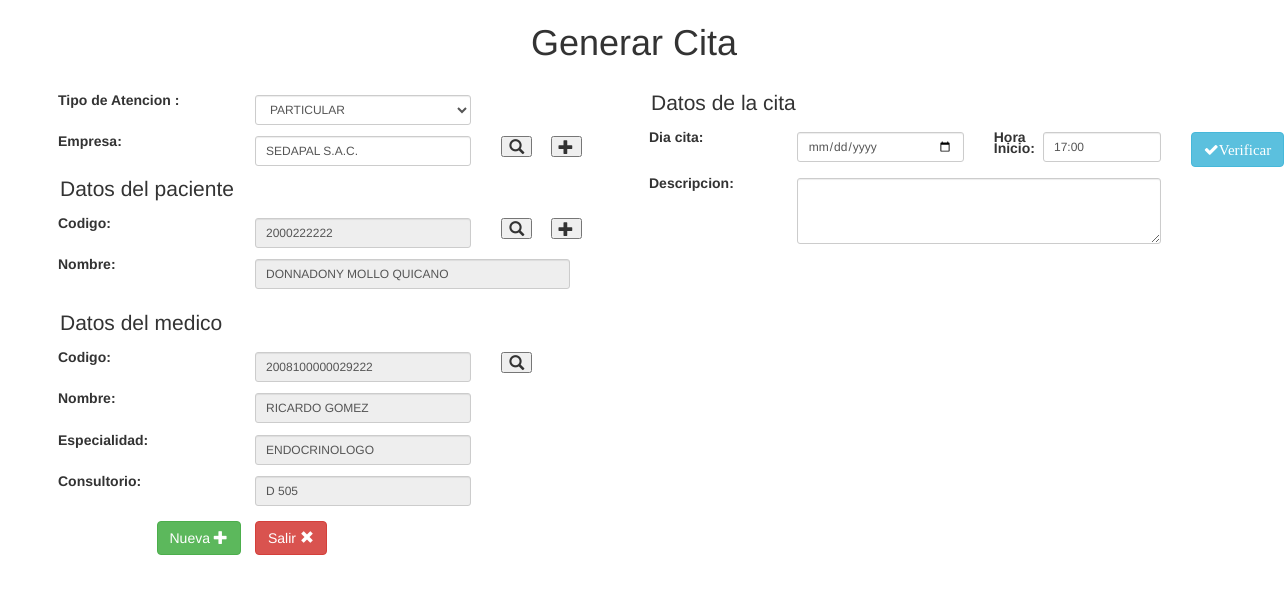
Repository: Donyx10/ADSII-ProyectoClinica
Page: http://localhost/AvanceWeb/GeneraCitaMedica.jsp
These files come from the project's save history. The page is drawn as it stood at one moment and after the next save; the edit follows.
The browser window is 1280 px wide. The page is 1284 px wide, so the pictures cover 1284 px, including what lies to the right of the window. The pictures show the whole page.
Some web fonts or font styles are not loaded; a fallback is used. The page is served by Tomcat 9. Other server files are loaded and not shown.

Above is the page before, as saved 2018-06-04 05:44:42.

### WebDemo/AvanceWeb/WebContent/GeneraCitaMedica.jsp
<!DOCTYPE html>
<html lang="esS">
<head>
<meta charset="UTF-8">
<meta name="viewport"
	content="width=device-width, initial-scale=1, maximum-scale=1, user-scalable=no">
<script type="text/javascript" src="js/jquery.min.js"></script>
<script type="text/javascript" src="js/jquery.dataTables.min.js"></script>
<script type="text/javascript" src="js/dataTables.bootstrap.min.js"></script>
<script type="text/javascript" src="js/bootstrap.min.js"></script>
<script type="text/javascript" src="js/bootstrapValidator.js"></script>
<link rel="stylesheet" href="css/bootstrap.css" />
<link rel="stylesheet" href="css/dataTables.bootstrap.min.css" />
<link rel="stylesheet" href="css/style.css" />
<link rel="stylesheet" href="css/bootstrapValidator.css" />
<link rel="stylesheet"
	href="https://cdnjs.cloudflare.com/ajax/libs/font-awesome/4.7.0/css/font-awesome.min.css">
<title>Generar Cita</title>

</head>
<body>

	<div class="container" style="padding-top: 3px; line-height: 0.8; padding-left: 3px;">
		<h1 align="center">Generar Cita</h1>
		<br>
		<br>
		<form action="generarCita" id="id_form">
			<div class="form-group row">
				<div class="col-md-6" >

					<div class="form-group row" align="left" id="atencion">
						<div class="col-md-12" >
							<div class="row">
								<div class="col-md-4">
									<label for="atencion">Tipo de Atencion : </label>
								</div>
								<div class="col-md-5">
									<select class="form-control input-sm" style="">
										<option>PARTICULAR
										<option>EPS
										<option>SEGURO
									</select>
								</div>
							</div>
							<br>
							<div class="row">
									<div class="col-md-4">
										<label class="" for="id_codigo">Empresa:</label>
									</div>
									<div class="col-md-5">
										<input class="form-control input-sm" type="text"
											value="SEDAPAL S.A.C." id="" name=""
											placeholder="Ingrese el codigo">
									</div>
									<div class="col-md-1" align="right">
										<button style="font-size: 15px">
											<i class="glyphicon glyphicon-search"></i>
										</button>
									</div>
									<div class="col-sm-1">
										<button style="font-size: 15px">
											<i class="glyphicon glyphicon-plus"></i>
										</button>
									</div>
								</div>

						</div>
					</div>

					<div class="form-group row" align="left" id="paciente">
						<div class="col-md-12" >
							<fieldset>
								<legend>Datos del paciente</legend>
								<div class="row">
									<div class="col-md-4">
										<label class="" for="id_codigo">Codigo:</label>
									</div>
									<div class="col-md-5">
										<input class="form-control input-sm" type="text" readonly="readonly"
											value="2000222222" id="" name=""
											placeholder="Ingrese el codigo">
									</div>
									<div class="col-md-1" align="right">
										<button style="font-size: 15px">
											<i class="glyphicon glyphicon-search"></i>
										</button>
									</div>
									<div class="col-sm-1">
										<button style="font-size: 15px">
											<i class="glyphicon glyphicon-plus"></i>
										</button>
									</div>
								</div>
								<br>
								<div class="row">
									<div class="col-md-4">
										<label class="" for="">Nombre:</label>
									</div>
									<div class="col-md-7">
										<input class="form-control input-sm" type="text" readonly="readonly"
											value="DONNADONY MOLLO QUICANO" id="" name=""
											placeholder="Ingrese el nombre" size="30">
									</div>
								</div>

							</fieldset>
						</div>

					</div>

					<br>
					<div class="form-group row" id="cita" >
						<div class="col-md-12">
						<fieldset>
								<legend>Datos del medico</legend>

								<div class="row">
									<div class="col-md-4">
										<label class="" for="id_codigo">Codigo:</label>
									</div>
									<div class="col-md-5">
										<input class="form-control input-sm" type="text" readonly="readonly"
											id="id_codigo" value="2008100000029222"
											name="computadora.nombre" placeholder="Ingrese el codigo">

									</div>
									<div class="col-md-1">
										<button style="font-size: 15px">
											<i class="glyphicon glyphicon-search"></i>
										</button>
									</div>
								</div>
								<br>
								<div class="row">
									<div class="col-md-4">
										<label class="" for="">Nombre:</label>
									</div>
									<div class="col-md-5">
										<input class="form-control input-sm" type="text" id="" readonly="readonly"
											value="RICARDO GOMEZ" name="" placeholder="Ingrese el nombre">
									</div>
								</div>
								<br>
								<div class="row">
									<div class="col-md-4">
										<label class="" for="">Especialidad:</label>
									</div>
									<div class="col-md-5">
										<input class="form-control input-sm" type="text" id="" name="" readonly="readonly"
											value="ENDOCRINOLOGO" placeholder="Ingrese la especialidad">
									</div>
								</div>
								<br>
								<div class="row">
									<div class="col-md-4">
										<label class="" for="">Consultorio:</label>
									</div>
									<div class="col-md-5">
										<input class="form-control input-sm" type="text" id="" name="" readonly="readonly"
											value="D 505" placeholder="Ingrese el consultorio">
									</div>
								</div>
							</fieldset>

						</div>
					</div>
					<div class="form-group row" id="botones">
						<div class="col-md-2" align="center"></div>
						<div class="col-md-2" align="center">
							<button type="submit" class="btn btn-success">
								Nueva <span class="glyphicon glyphicon-plus"></span>
							</button>
						</div>
						<div class="col-md-2" align="center">
							<button type="submit" class="btn btn-danger">
								Salir <span class="glyphicon glyphicon-remove"></span>
							</button>
						</div>
					</div>
				</div>
				<div class="col-md-6" >
					<div class="form-group row" id="medico"
						>
						<div class="col-md-12" >
							<fieldset>
								<legend>Datos de la cita </legend>
								<!--
								<div class="row">
									<div class="col-md-3">
										<label class="" for="">Especialidad:</label>
									</div>
									<div class="col-md-4">
										<select class="form-control input-sm">
											<option>TRAUMATOLOGIA
											<option>CIRUJIA
											<option>GINECOLOGIA
										</select>
									</div>
								</div>
								<br>
								 -->
								<!--
						<div class="row">
							<div class="col-md-3">
								<label class="" for="">Numero:</label>
							</div>
							<div class="col-md-3">
								<input class="form-control" type="text" id="" name="" value="001-000029"
									size="10" placeholder="Numero">
							</div>
						</div>
						<br>-->
								<div class="row">
									<div class="col-md-3">
										<label class="" for="id_codigo">Dia cita:</label>
									</div>
									<div class="col-md-4">
										<input class="form-control input-sm" type="date" id=""
											value="5/18/2018" name="" placeholder="Dia" size="10">

									</div>

									<div class="col-md-1">
										<label class="" for="id_codigo">Hora Inicio:</label>
									</div>
									<div class="col-md-3">
										<input class="form-control input-sm" type="text" id="" name=""
											value="17:00" placeholder="Hora" size="10">

									</div>
									<div class="col-md-1">
										<button style="font-size: 15px" class="btn btn-info">
											<i class="fa fa-check">Verificar</i>
										</button>

									</div>
								</div>
								<br>
								<div class="row">
									<div class="col-md-3">
										<label class="" for="">Descripcion:</label>
									</div>
									<div class="col-lg-8">
										<textarea class="form-control input-sm" rows="3" id="comment"></textarea>
									</div>
								</div>
							</fieldset>
						</div>
					</div>
				</div>
			</div>
		</form>
	</div>
</body>
</html>

### WebDemo/AvanceWeb/WebContent/css/style.css


.table-fixed {
	width: 100%;
	background-color: #f3f3f3;
}

.table-fixed tbody {
	height: 120px;
	overflow-y: auto;
	width: 100%;
}

.table-fixed thead, .table-fixed tbody, .table-fixed tr, .table-fixed td,
	.table-fixed th {
	display: block;
}

.table-fixed tbody td {
	float: left;
}

.table-fixed thead tr th {
	float: left;
	background-color: #f39c12;
	border-color: #e67e22;
}

legend {
    display: block;
    padding-left: 2px;
    padding-right: 2px;
    border: none;
}

Loaded but not shown: WebDemo/AvanceWeb/WebContent/js/jquery.min.js (library); WebDemo/AvanceWeb/WebContent/js/jquery.dataTables.min.js (library); WebDemo/AvanceWeb/WebContent/js/dataTables.bootstrap.min.js (common file); WebDemo/AvanceWeb/WebContent/js/bootstrap.min.js (library); WebDemo/AvanceWeb/WebContent/js/bootstrapValidator.js (library); WebDemo/AvanceWeb/WebContent/css/bootstrap.css (library); WebDemo/AvanceWeb/WebContent/css/dataTables.bootstrap.min.css (library); WebDemo/AvanceWeb/WebContent/css/bootstrapValidator.css (common file)

After the next save:
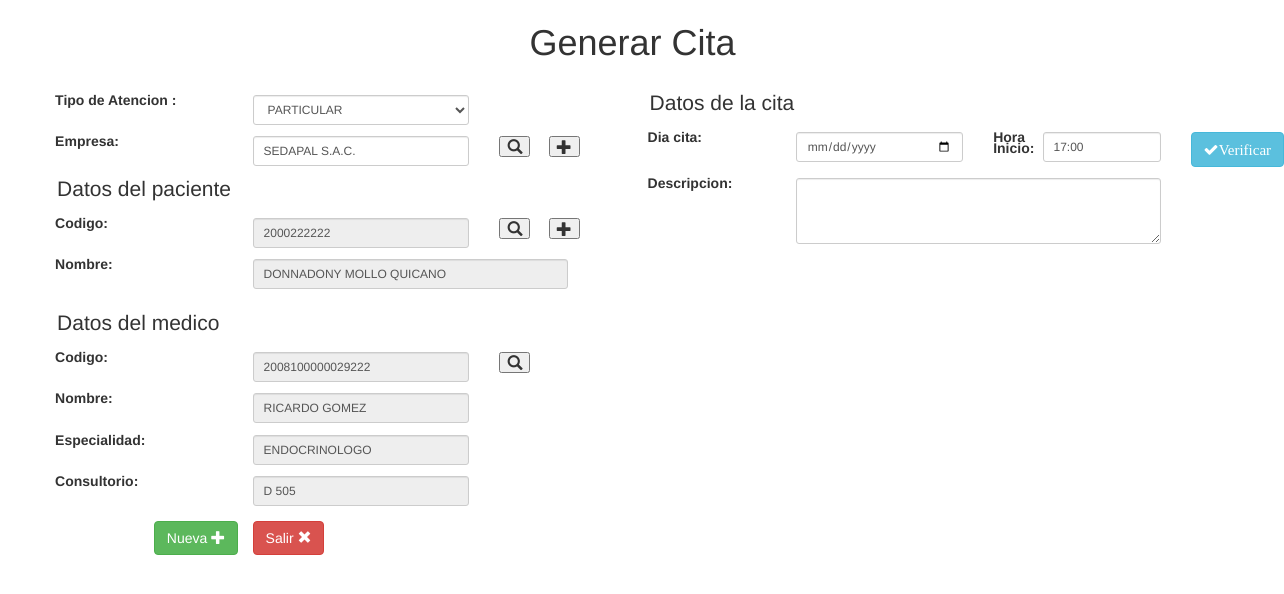
Saved 7 s later.
--- a/WebDemo/AvanceWeb/WebContent/GeneraCitaMedica.jsp
+++ b/WebDemo/AvanceWeb/WebContent/GeneraCitaMedica.jsp
@@ -20,7 +20,7 @@
 </head>
 <body>
 
-	<div class="container" style="padding-top: 3px; line-height: 0.8; padding-left: 3px;">
+	<div class="container" style="padding-top: 3px; line-height: 0.8; padding-left: 0.1px;">
 		<h1 align="center">Generar Cita</h1>
 		<br>
 		<br>
